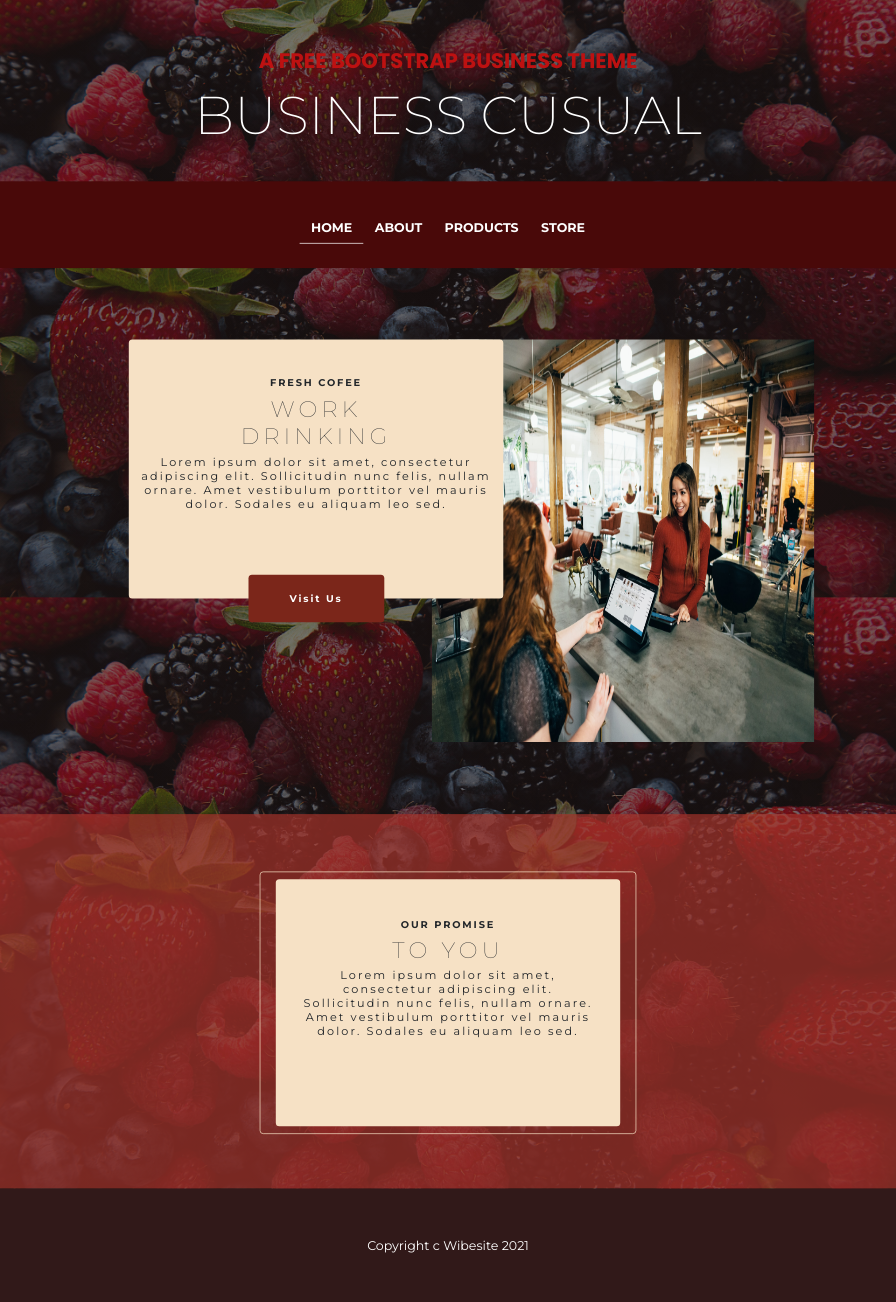
Repository: wadelfadill/tache_7_Business_bootstrap_theme
Page: index.html
These files come from the project's save history. The page is drawn as it stood at one moment and after the next save; the edit follows.
The browser window is 1280 px wide. The pictures show the whole page, at 70% of full size.
Backgrounds fixed to the window are drawn as part of the page.

Above is the page before, as saved 2023-04-30 13:20:00.

### index.html
<!DOCTYPE html>
<html lang="en">
<head>
    <meta charset="UTF-8">
    <meta http-equiv="X-UA-Compatible" content="IE=edge">
    <meta name="viewport" content="width=device-width, initial-scale=1.0">
    <!------ title of website ------>
    <title>Business website</title>
    <!------ Bootstrap cdn link ------>
    <link href="https://cdn.jsdelivr.net/npm/bootstrap@5.1.3/dist/css/bootstrap.min.css" rel="stylesheet" integrity="sha384-1BmE4kWBq78iYhFldvKuhfTAU6auU8tT94WrHftjDbrCEXSU1oBoqyl2QvZ6jIW3" crossorigin="anonymous">
    <!------- css link -------------->
    <link rel="stylesheet" href="css/style.css">
    <link rel="stylesheet" href="css/index_style.css">
    <!---------Google Fonts links ---------->
    <link rel="preconnect" href="https://fonts.googleapis.com">
    <link rel="preconnect" href="https://fonts.gstatic.com" crossorigin>
    <link href="https://fonts.googleapis.com/css2?family=Montserrat:wght@100;200;400;700&family=Poppins:wght@700&display=swap" rel="stylesheet">

</head>
<body>
    <!-- ========== Start Header Section ========== -->
    <header id="header">
        <h2 class="first_title text-center">A FREE BOOTSTRAP BUSINESS THEME</h2>
        <h1 class="second_title text-center">BUSINESS CUSUAL</h1>
        <!-- ========== Start navbar  Section ========== -->
        <nav class="my-auto mt-5">
            <div class="container my-auto">
                <ul class="nav justify-content-center">
                    <li class="nav-item">
                      <a class="nav-link active" aria-current="page" href="index.html">HOME</a>
                    </li>
                    <li class="nav-item">
                      <a class="nav-link" href="about.html">ABOUT</a>
                    </li>
                    <li class="nav-item">
                      <a class="nav-link" href="product.html">PRODUCTS</a>
                    </li>
                    <li class="nav-item">
                      <a class="nav-link" href="store.html">STORE</a>
                    </li>
                </ul>
            </div>
        </nav>
        <!-- ========== End navbar  Section ========== -->
    </header>
    <!-- ========== End Header Section ========== -->
    <!-- ========== Start Main Section ========== -->
    <main>
      <!-- ========== Start first Section ========== -->
      <section id="first_section">
        <div class="container">
          <div class="row align-items-center justify-content-start d-flex flex-md-row flex-column">
            <div class="col-12 col-md-4 div-1 text-center position-relative align-self-start">
              <h3>FRESH COFEE</h3>
              <h4>WORK <br> DRINKING</h4>
              <p>Lorem ipsum dolor sit amet, consectetur adipiscing elit.
                Sollicitudin nunc felis, nullam ornare.
                Amet vestibulum porttitor vel mauris dolor.
                Sodales eu aliquam leo sed.
              </p>
              <button class="text-center position-absolute m-auto top-100 translate-middle left-50">Visit Us</button>
            </div>
            <div class="col-12 col-md-6 align-self-center">
              <img src="images/home-img1.png" alt="" class="img-fluid w-100">
            </div>
          </div>
        </div>
      </section>
      <!-- ========== End first Section ========== -->
      <!-- ========== Start second Section ========== -->
      <section id="second_section">
        <div class="container">
          <div class="row text-center justify-content-center">
            <div class="col-12 text-center border_box">
              <div class="box text-center ps-md-5 pe-md-5">
                <h2 class="text-center">OUR PROMISE</h2>
                <h3 class="text-center">TO YOU</h3>
                <p>Lorem ipsum dolor sit amet, <br> consectetur adipiscing elit. <br>
                  Sollicitudin nunc felis, nullam ornare. <br>
                  Amet vestibulum porttitor vel mauris <br> dolor.
                  Sodales eu aliquam leo sed.
                </p>
              </div>
            </div>
          </div>
        </div>
      </section>
      <!-- ========== End second Section ========== -->
    </main>
    <!-- ========== End Main Section ========== -->
    <footer id="footer">
        <p class="text-center">Copyright c Wibesite 2021</p>
    </footer>



    <!------ Bootstrap script -------->
    <script src="https://cdn.jsdelivr.net/npm/bootstrap@5.1.3/dist/js/bootstrap.bundle.min.js" integrity="sha384-ka7Sk0Gln4gmtz2MlQnikT1wXgYsOg+OMhuP+IlRH9sENBO0LRn5q+8nbTov4+1p" crossorigin="anonymous"></script>
</body>
</html>

### css/style.css
/* ===== General ====== */

:root{
    --red-color: #BD1111;
    --bg-red:#490909;
    --white-color: #FFFFFF;
    --black-color: #000000;
    --bg-beize:#F6E1C5;
    --bg-red-black: #311919;
    --bg-red-opac:rgba(165, 52, 43, 0.69);
    --red-border: #CD5449;
}
*{
    margin: 0;
    padding: 0;
}
body{
    padding: 0;
    margin: 0;
    background-image: linear-gradient(rgba(34, 24, 24, 0.6), rgba(34, 24, 24, 0.6)), url("../images/1.jpeg");
    background-position: center;
    background-size: cover;
    background-repeat: no-repeat;
    background-attachment: fixed;
}
/* ===== squelette ====== */
/* ===== header section ====== */
/* ===== header titles ======= */
#header .first_title{
    font-family: 'Poppins';
    font-style: normal;
    font-weight: 700;
    font-size: 30px;
    line-height: 45px;
    color: var(--red-color);
    margin-top: 65px;
}
#header .second_title{
    font-family: 'Montserrat';
    font-style: normal;
    font-weight: 200;
    font-size: 76px;
    line-height: 93px;
    color: var(--white-color);
}
/* ====== header navbar ======*/
#header nav{
    background: var(--bg-red);
    height: 124px;
}
#header nav ul li{
    margin-top: 48px;
}
#header nav a{
    font-family: 'Montserrat';
    font-style: normal;
    font-weight: 700;
    font-size: 18px;
    line-height: 22px;
    color: var(--white-color);
}
#header nav a.active{
    padding-bottom: 10px;
    border-bottom: 1px solid white;
}
/* ==== Main section ==========*/
/* main{
    height: 1000px;
} */
/* ====== footer section ====== */
#footer{
    height: 162px;
    background: var(--bg-red-black);
    padding-top: 70px;
}
#footer p{
    font-family: 'Montserrat';
    font-style: normal;
    font-weight: 400;
    font-size: 18px;
    line-height: 22px;
    color: var(--white-color);
}


/* ===== responsive css ======*/
@media screen and (max-width:550px) {
    #header .second_title{
        font-size: 30px;
    }
    #header nav{
        height: max-content;
        padding-bottom: 40px;
    }
    #header nav ul{
        display: flex !important;
        flex-direction: column !important;
        text-align: center
    }
    /* #header nav a.active{

    } */
}

### css/index_style.css
/* ===== General ====== */

:root{
    --red-color: #BD1111;
    --bg-red:#490909;
    --white-color: #FFFFFF;
    --black-color: #000000;
    --bg-beize:#F6E1C5;
    --bg-red-black: #311919;
    --bg-red-opac:rgba(165, 52, 43, 0.69);
    --red-border: #CD5449;
}

/* ==== first section ====== */
#first_section{
    margin-top: 102px;
    margin-bottom: 102px;
}
#first_section .div-1{
    min-height:370px !important;
    background: var(--bg-beize);
    border-radius: 5px;
    width: 535px;
    position: relative;
    left: 10%;
    /* top: -50px; */
}
#first_section .div-1 h3{
    font-family: 'Montserrat';
    font-style: normal;
    font-weight: 700;
    font-size: 14px;
    line-height: 17px;
    text-align: center;
    letter-spacing: 0.19em;
    padding-top: 54px;
}
#first_section .div-1 h4{
    font-family: 'Montserrat';
    font-style: normal;
    font-weight: 100;
    font-size: 32px;
    line-height: 39px;
    text-align: center;
    letter-spacing: 0.19em;
}
#first_section .div-1 p{
    font-family: 'Montserrat';
    font-style: normal;
    font-weight: 400;
    font-size: 16px;
    line-height: 20px;
    text-align: center;
    letter-spacing: 0.19em;
}
#first_section .div-1 button{
    width: 194px;
    height: 68px;
    background: #7B261A;
    border: none;
    font-family: 'Montserrat';
    font-style: normal;
    font-weight: 700;
    font-size: 14px;
    line-height: 17px;
    text-align: center;
    letter-spacing: 0.19em;
    border-radius: 5px;
    color: var(--white-color);
}
#first_section img{
    max-width: 864px;
    height: 576.04px;
}
/* ===== second section ====== */
#second_section{
    width: 100%;
    background: rgba(165, 52, 43, 0.69);
    height: 535px;

}
#second_section .box{
    height: 353.38px;
    max-width: 873px;
    border-radius: 5px;
    background: var(--bg-beize);
    margin: 10px;
    padding-left: 40px !important;
    padding-right: 40px !important;
}
#second_section .border_box{
    border: 1px solid var(--bg-beize);
    border-radius: 5px;
    margin-top: 82px !important;
    margin-bottom: 102px;
    max-width: max-content;
    margin: auto;
}
#second_section .box h2{
    font-family: 'Montserrat';
    font-style: normal;
    font-weight: 700;
    font-size: 14px;
    line-height: 17px;
    text-align: center;
    letter-spacing: 0.19em;
    padding-top: 56px;
}
#second_section .box h3{
    font-family: 'Montserrat';
    font-style: normal;
    font-weight: 100;
    font-size: 32px;
    line-height: 39px;
    text-align: center;
    letter-spacing: 0.19em;
}
#second_section .box p{
    font-family: 'Montserrat';
    font-style: normal;
    font-weight: 400;
    font-size: 16px;
    line-height: 20px;
    text-align: center;
    letter-spacing: 0.19em;
}

/* ===== responsive css ============*/
@media screen and (max-width:768px) {
    #first_section .div-1{
        left: 0;
        margin: auto;
    }
    #first_section img{
        height: auto;
    }
}
@media screen and (max-width:550px) {
    #first_section .div-1{
        width: max-content;
    }
    #first_section .div-2{
        min-width: 300px;
    }
    #first_section .div-1 button{
        bottom: -20px;
    }
    #second_section .box{
        height: max-content;
    }

}

After the next save:
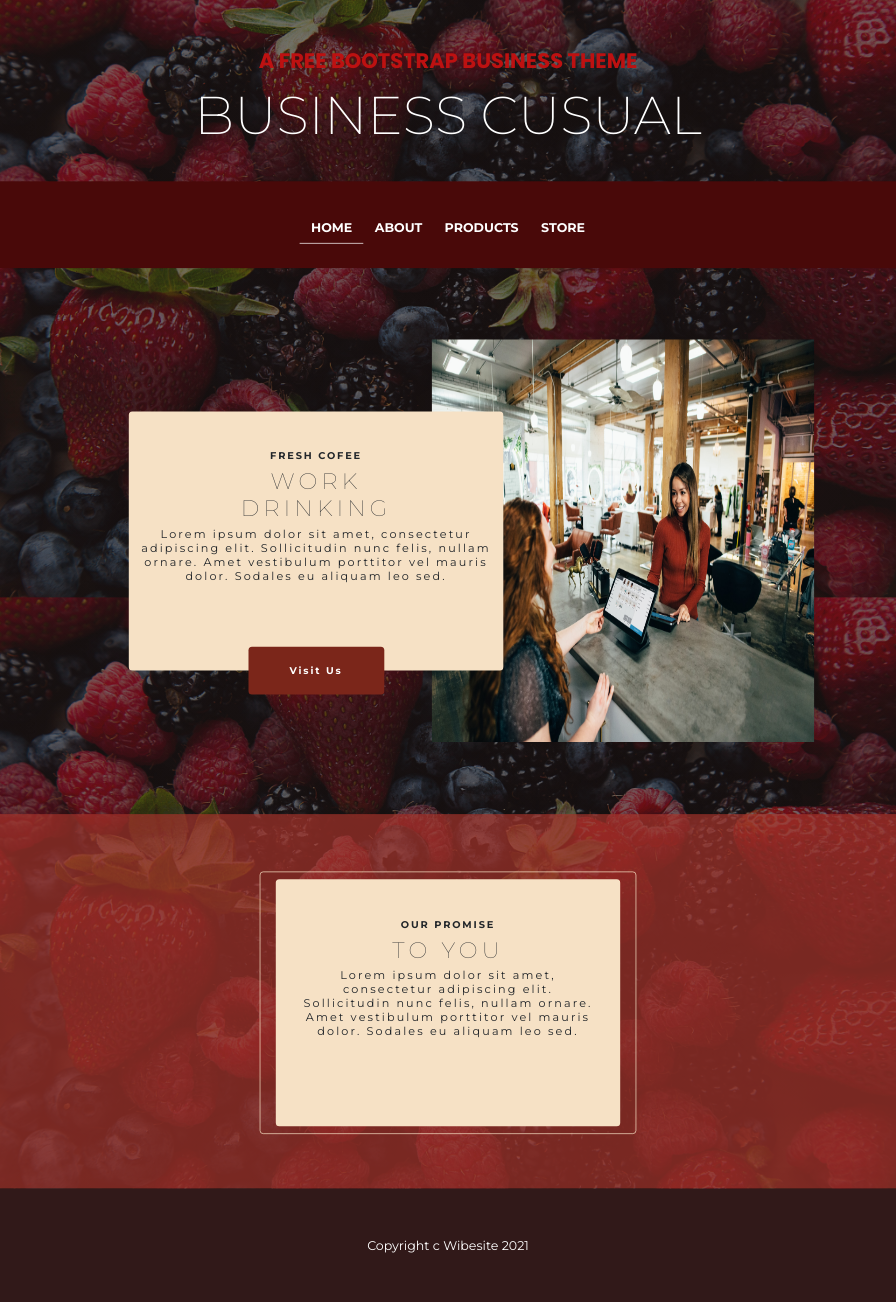
Saved 50 s later.
--- a/index.html
+++ b/index.html
@@ -50,7 +50,7 @@
       <section id="first_section">
         <div class="container">
           <div class="row align-items-center justify-content-start d-flex flex-md-row flex-column">
-            <div class="col-12 col-md-4 div-1 text-center position-relative align-self-start">
+            <div class="col-12 col-md-4 div-1 text-center position-relative align-self-md-center align-self-start">
               <h3>FRESH COFEE</h3>
               <h4>WORK <br> DRINKING</h4>
               <p>Lorem ipsum dolor sit amet, consectetur adipiscing elit.
